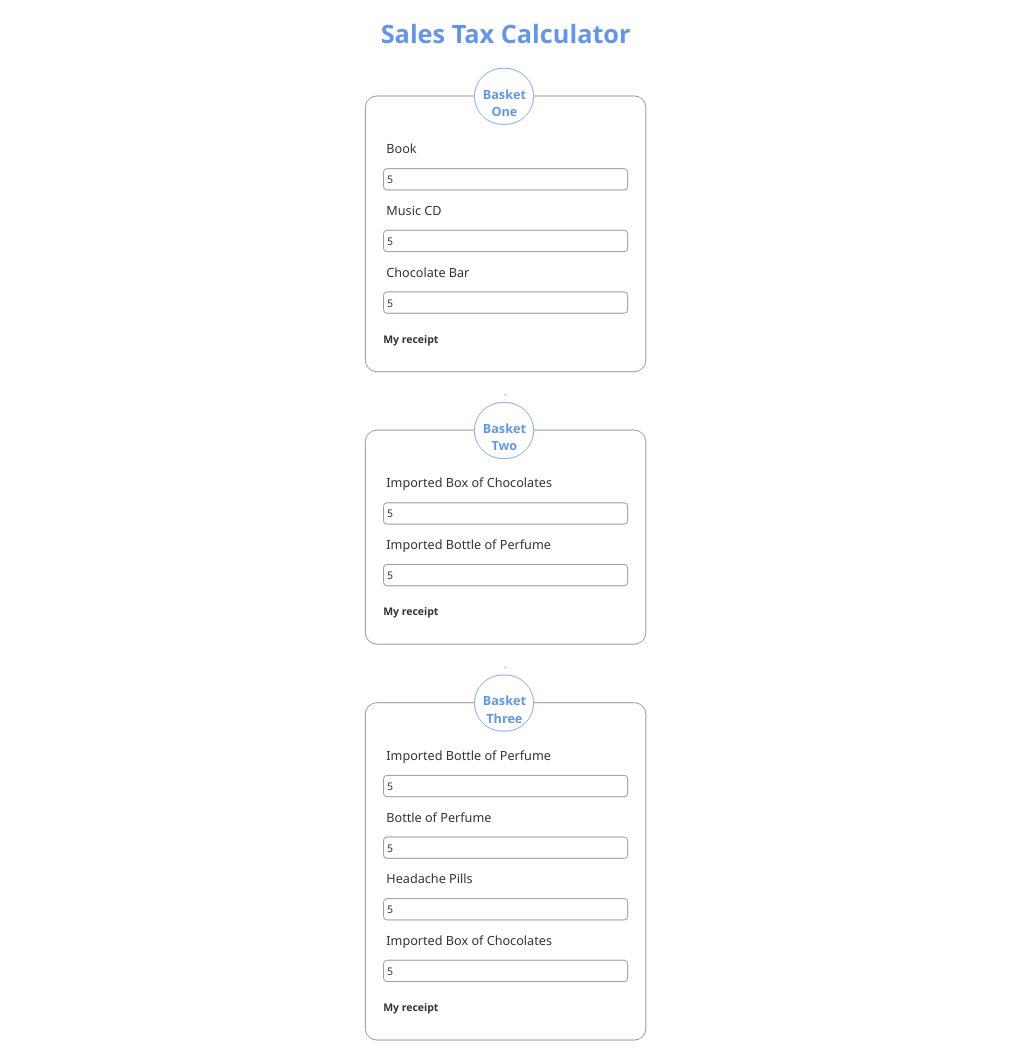
Repository: duzzisantos/sales-tax
Page: index.html
These files come from the project's save history. The page is drawn as it stood at one moment and after the next save; the edit follows.
The browser window is 1280 px wide. The pictures show the whole page, at 79% of full size.
Empty fields were first filled with sample values (such as "Sample", 5 or name@example.com).
After loading, the first visible `#imported-perfume2` was changed once.

Above is the page before, as saved 2022-05-25 23:05:52.

### index.html
<!DOCTYPE html>
<html lang="en">

<head>
    <meta charset="UTF-8">
    <meta http-equiv="X-UA-Compatible" content="IE=edge">
    <meta name="viewport" content="width=device-width, initial-scale=1.0">
    <link href="style.css" rel="stylesheet">
    <title>Sales Tax Calculator</title>
</head>

<body>
    <h1>Sales Tax Calculator</h1>
    <section id="container">
        <fieldset>
            <legend>
                <h4>Basket One</h4>
            </legend>
            <form class="formOne">
                <label for="book">Book</label>
                <input id="book" type="number" name="book" onchange="basketOne()" />
                <label for="musicCD">Music CD</label>
                <input id="musicCD" type="number" name="musicCD" onchange="basketOne()" />
                <label for="chocolateBar">Chocolate Bar</label>
                <input id="chocolateBar" type="number" name="chocolateBar" onchange="basketOne()" />
            </form>
            <h5>My receipt</h5>
            <span id="listOne">

                </>
        </fieldset>
        <hr>

        <fieldset>
            <legend>
                <h4>Basket Two</h4>
            </legend>

            <label for="imported-box-chocolate">Imported Box of Chocolates</label>
            <input id="imported-box-chocolate" type="number" name="imported-box-chocolate" onchange="basketTwo()" />
            <label for="imported-perfume">Imported Bottle of Perfume</label>
            <input id="imported-perfume" type="number" name="imported-perfume" onchange="basketTwo()" />

            <h5>My receipt</h5>
            <span id="listTwo">

            </span>
        </fieldset>
        <hr>

        <fieldset>
            <legend>
                <h4>Basket Three</h4>
            </legend>

            <label for="imported-perfume2">Imported Bottle of Perfume</label>
            <input id="imported-perfume2" type="number" name="imported-perfume2" onchange="basketThree()" />
            <label for="bottle-perfume">Bottle of Perfume</label>
            <input id="bottle-perfume" type="number" name="bottle-perfume" onchange="basketThree()" />
            <label for="pills">Headache Pills</label>
            <input id="pills" type="number" name="pills" onchange="basketThree()" />
            <label for="imported-box-chocolate2">Imported Box of Chocolates</label>
            <input id="imported-box-chocolate2" type="number" name="imported-box-chocolate2" onchange="basketThree()" />

            <h5>My receipt</h5>
            <span id="listThree">

            </span>
        </fieldset>
    </section>
</body>
<script src="first.js"></script>
<script src="second.js"></script>
<script src="third.js"></script>
<script src="index.js"></script>

</html>

### style.css
*{
    color: rgb(0,0,0,0.8);
    font-family: 'Segoe UI', Tahoma, Geneva, Verdana, sans-serif;
}

#container{
    display: flex;
    flex-direction: column;
    align-items: center;
    justify-content: center;
    bottom: 0;
}

fieldset{
    height: fit-content;
    width: 20%;
    border: 1px solid grey;
    border-radius: 15px;
    margin-bottom: 20px;
}

legend{
    height: 70px;
    width: 70px;
    border: 1px solid cornflowerblue;
    border-radius: 50px;
    margin-left: 38%;
}

legend h4, h1{
    text-align: center;
    color: cornflowerblue;
}

h5{
    margin-left: 10px;
}
label, input{
    display: block;
    margin: 10px;
    padding: 4px;
}

input{
    width: 300px;
    border-radius: 5px;
    border: 1px solid grey;
}

### first.js
//Variables for tax rate
let taxFree = 0;
let basicTax = 10;
let importDuty = 5;

//imported basic taxable items attract an extra non-negotiable tax rate of 5%, therefore 10% + 5% = 15%
let basicPlusImportDuty = basicTax + importDuty;

//An app that computes the first basket of goods
const basketOne = () => {
  let book = document.getElementById("book").value;
  let musicCD = document.getElementById("musicCD").value;
  let chocolateBar = document.getElementById("chocolateBar").value;

  // The plus sign is used in front of every variable to indicate to JavaScript that they are numerical values
  // Without this, they would become concatenated strings

  //these are the sums of the items and their taxes
  let bookPlusTax = +taxFree * +book + +book;
  let musicCDPlusTax = (basicTax * +musicCD) / 100 + +musicCD;
  let chocolateBarPlusTax = +taxFree * +chocolateBar + +chocolateBar;

  //this computes the total price paid by the customer
  let netPayment = +bookPlusTax + +musicCDPlusTax + +chocolateBarPlusTax;
  let roundedPayment = netPayment.toFixed(2);

  //this computes the total sales tax generated
  let totalTaxes =
    bookPlusTax -
    book +
    (musicCDPlusTax - musicCD) +
    (chocolateBarPlusTax - chocolateBar);

  //Math.ceil and toFixed method helps us round up to the nearest 0.05
  let roundedTax = (Math.ceil(totalTaxes * 20) / 20).toFixed(2);

  //Receipt list
  const listOne = document.getElementById("listOne");
  listOne.innerHTML = `<br>1 book: ${bookPlusTax}<br>1 music CD: ${musicCDPlusTax.toFixed(2)}<br>1
  chocolate bar: ${chocolateBarPlusTax}<br>Sales Tax: ${roundedTax}<br><b>Total: ${roundedPayment}</b><br>`;
};

### second.js
//Variables for tax rate
let basicTax2 = 10;
let importDuty2 = 5;

//imported basic taxable items attract an extra non-negotiable tax rate of 5%, therefore 10% + 5% = 15%
let basicPlusImportDuty2 = basicTax2 + importDuty2;

//An app that computes the second basket of goods
const basketTwo = () => {
  let importedChocolate = document.getElementById(
    "imported-box-chocolate"
  ).value;
  let importedPerfume2 = document.getElementById("imported-perfume").value;

  // The plus sign is used in front of every variable to indicate to JavaScript that they are numerical values
  // Without this, they would become concatenated strings

  //these are the sums of the imported items and their taxes
  let importedChocolatePlusTax =
    (importDuty2 * +importedChocolate) / 100 + +importedChocolate;
  let importedPerfume2PlusTax =
    (basicPlusImportDuty2 * +importedPerfume2) / 100 + +importedPerfume2;

  //Math.ceil and toFixed method helps us round up to the nearest 0.05
  //this computes the total price paid by the customer
  let netPayment = +importedChocolatePlusTax + +importedPerfume2PlusTax;
  let roundedPayment = (Math.ceil(netPayment * 20) / 20).toFixed(2);

  //this computes the total sales tax generated
  let totalTaxes =
    (importDuty2 * +importedChocolate) / 100 +
    (basicPlusImportDuty2 * +importedPerfume2) / 100;
  let roundedTaxes = (Math.ceil(totalTaxes * 20) / 20).toFixed(2);

  const listTwo = document.getElementById("listTwo")
  listTwo.innerHTML = `<br>1 imported box of chocolates:
   ${importedChocolatePlusTax}<br>1 imported bottle of perfume: ${importedPerfume2PlusTax}
   <br>Sales Taxes: ${roundedTaxes}<br><b>Total: ${roundedPayment}</b><br>`
};

### third.js
//Variables for tax rate
let taxFree3 = 0;
let basicTax3 = 10;
let importDuty3 = 5;
let basicPlusImportDuty3 = basicTax3 + importDuty3;

//App that computes the third basket of goods
const basketThree = () => {
  let importedPerfume2 = document.getElementById("imported-perfume2").value;
  let bottlePerfume = document.getElementById("bottle-perfume").value;
  let pills = document.getElementById("pills").value;
  let importedChocolate2 = document.getElementById(
    "imported-box-chocolate2"
  ).value;

  //    // The plus sign is used in front of every variable to indicate to JavaScript that they are numerical values
  // Without this, they would become concatenated strings

  //these are the sums of the imported items and their taxes
  let importedPerfume2PlusTax =
    (basicPlusImportDuty3 * +importedPerfume2) / 100 + +importedPerfume2;
  let bottlePerfumePlusTax =
    (basicTax3 * +bottlePerfume) / 100 + +bottlePerfume;
  let pillsPlusTax = taxFree3 * +pills + +pills;
  let importedChocolate2PlusTax =
    (importDuty3 * +importedChocolate2) / 100 + +importedChocolate2;

  //Math.ceil and toFixed method helps us round up to the nearest 0.05
  //This computes the prices plus their taxes
  let netPayment =
    importedPerfume2PlusTax +
    bottlePerfumePlusTax +
    pillsPlusTax +
    importedChocolate2PlusTax;
  let roundedPayment = (Math.ceil(netPayment * 20) / 20).toFixed(2);

  //this computes the total taxes generated from selling basket three
  let totalTaxes =
    importedPerfume2PlusTax -
    importedPerfume2 +
    (bottlePerfumePlusTax - bottlePerfume) +
    (pillsPlusTax - pills) +
    (importedChocolate2PlusTax - importedChocolate2);

  let roundedTaxes = (Math.ceil(totalTaxes * 20) / 20).toFixed(2);
};

### index.js
//This is responsible for the DOM Manipulation
//This helps the user to display a simple receipt

After the next save:
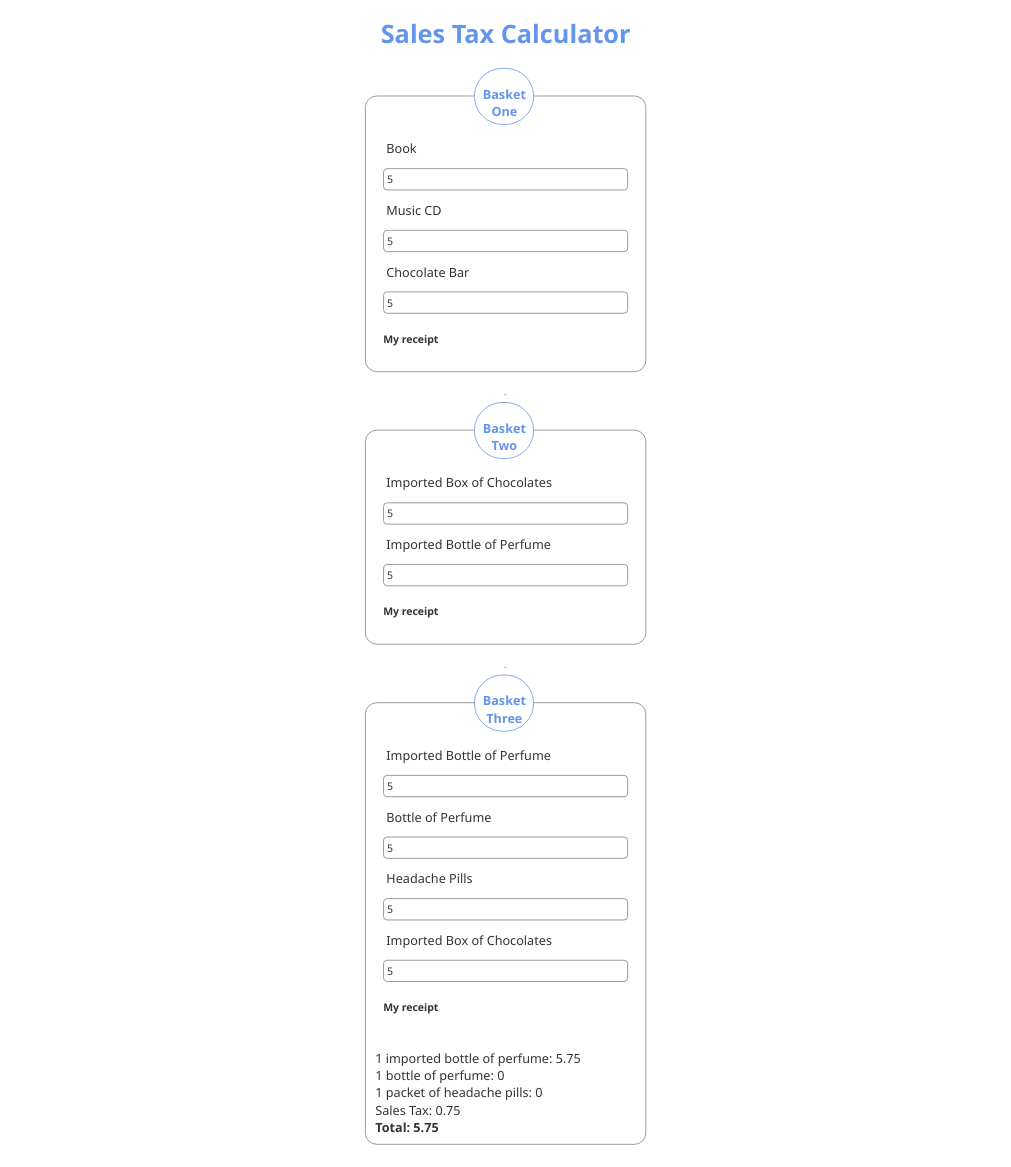
Saved 3 min 57 s later.
--- a/third.js
+++ b/third.js
@@ -43,4 +43,9 @@ const basketThree = () => {
     (importedChocolate2PlusTax - importedChocolate2);
 
   let roundedTaxes = (Math.ceil(totalTaxes * 20) / 20).toFixed(2);
+
+  const listThree = document.getElementById("listThree");
+  listThree.innerHTML = `<br>1 imported bottle of perfume: ${importedPerfume2PlusTax}
+  <br>1 bottle of perfume: ${bottlePerfumePlusTax}<br>1 packet of headache pills: ${pillsPlusTax}
+  <br>Sales Tax: ${roundedTaxes}<br><b>Total: ${roundedPayment}</b><br>`;
 };
